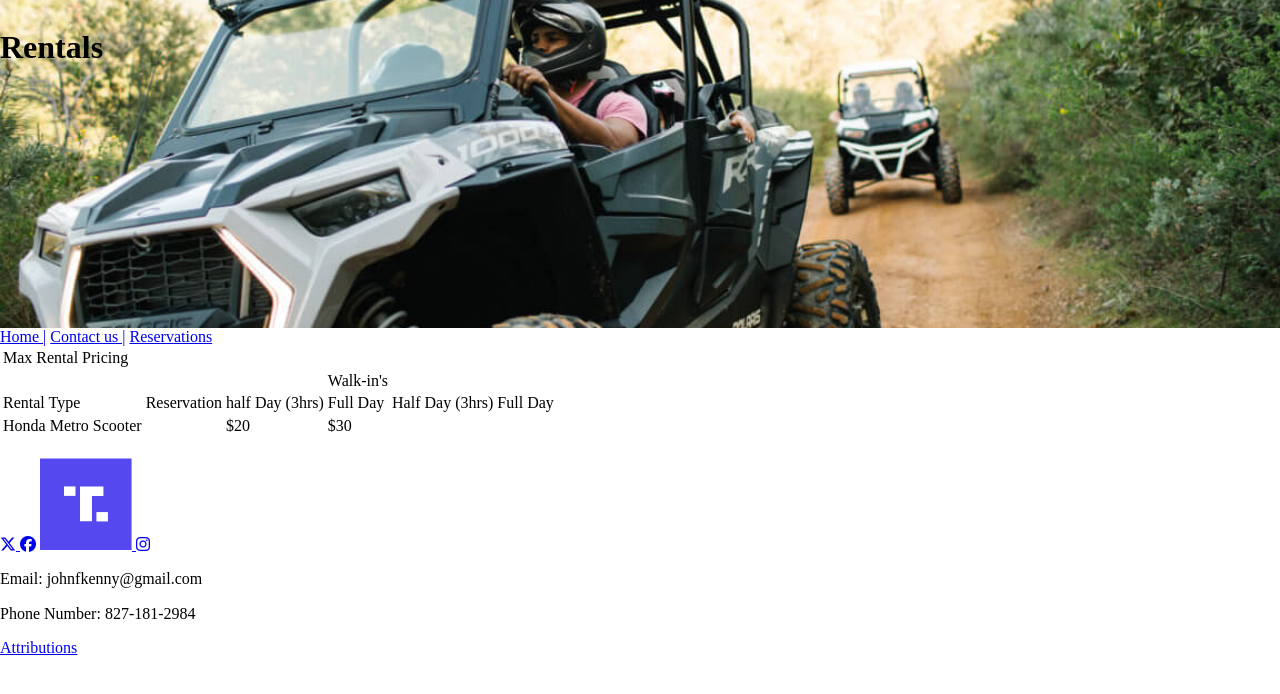
Repository: nak97/WDD230
Page: scoots/rentals-page/rentals-page.html
These files come from the project's save history. The page is drawn as it stood at one moment and after the next save; the edit follows.
The browser window is 1280 px wide. The pictures show the whole page.
Some web libraries are served in a nearby version.

Above is the page before, as saved 2023-12-11 13:20:18.

### scoots/rentals-page/rentals-page.html
<!DOCTYPE html>
<html lang="en">
<head>
  <meta charset="UTF-8">
  <meta name="viewport" content="width=device-width, initial-scale=1.0">
  <title>Nick Keen - WDD 230 - Web Frontend Development</title>
  <meta name="description" content="WDD 230 - Nicholas Keen  - Web Frontend Final Project">
  <meta name="author" content="Nicholas Keen">
  <meta property="og:title" content="facebook"/>
  <meta property="og:type" content="website" />
  <meta property="og:url" content="facebook.com" />
  <meta property="og:image" content="images/facebook-meta-tag-pic.png" />
  <link rel="stylesheet" href="styles/base.css">
  <link rel="stylesheet" href="styles/media.css">
  <link rel="stylesheet" href="styles/normalize.css">
</head>
<body>

  <header>
<h1>Rentals</h1>
  </header>

  <nav>
<a href="../home-page/home.html">Home |</a>
<a href="../contact/contact.html">Contact us |</a>
<a href="../reservations/reservations.html">Reservations</a>
  </nav>

  <main>
    <table>
      <tbody>
        <tr> <td>  Max Rental Pricing</td></tr>
        <tr>
          <td></td>
          <td rowspan="3"> Reservation</td>
          <td></td>
          <td>Walk-in's</td>
      </tr>

        <tr>
          <td>Rental Type</td>
          <td>half Day (3hrs)</td>
          <td>Full Day</td>
          <td>Half Day (3hrs)</td>
          <td>Full Day</td>
      </tr>
        <tr>
        <td>Honda Metro Scooter</td>
        <td><span id="price-half-metro"></span></td>
        <td><span id="price-f-metro"></span></td>
        <td></td>
        <td></td>
        <td></td>
      </tr>
        <tr>
          <td></td>
          <td></td>
          <td></td>
          <td></td>
          <td></td>
          <td></td>
        </tr>
        <tr>
          <td></td>
          <td></td>
          <td></td>
          <td></td>
          <td></td>
          <td></td>
        </tr>
        <tr>
          <td></td>
          <td></td>
          <td></td>
          <td></td>
          <td></td>
          <td></td>
        </tr>
        <tr>
          <td></td>
          <td></td>
          <td></td>
          <td></td>
          <td></td>
          <td></td>
        </tr>
        <tr>
        <td></td>
        <td></td>
        <td></td>
        <td></td>
        <td></td>
        <td></td>
        </tr>






      </tbody>





    </table>






















  </main>





<footer>

  <a href="https://twitter.com/" target="_blank" > <i class="fa-brands fa-x-twitter"></i> </a>
  <a href="https://www.facebook.com" target="_blank"><i class="fa-brands fa-facebook"></i></a>
  <a href="https://truthsocial.com/" target="_blank"> <img class="truth-social-icon" src="images/truth-social.svg" alt="truth social"> </a>
  <a href="https://www.instagram.com/" target="_blank"><i class="fa-brands fa-instagram"></i></a>

<section class="info">
<p>Email: johnfkenny@gmail.com</p>
<p>Phone Number: 827-181-2984</p>
<a href="attributions.html" target="_blank">Attributions</a>
</section>


</footer>



<script src="./scripts/pricing.js"></script>
<script src="https://kit.fontawesome.com/615002bc5f.js" crossorigin="anonymous"></script>
</body>


</html>

### scoots/rentals-page/styles/base.css
header {
  background-image: url(../images/OHV-SEO-1152x768.jpg);
  background-repeat: no-repeat;
  height: 20rem;
  background-position: 10% 67%;
  background-size: cover;
  margin-top: 0 ;
  padding-top: 0.5rem;
}

### scoots/rentals-page/scripts/pricing.js
const url = './data/pricing.json'
async function getPrice() {
 const response = await fetch(url);
 const data = await response.json();
//  console.log(data)
 document.getElementById('price-half-metro').innerText = data.reservation[0].hd;
 document.getElementById('price-f-metro').innerText = data.reservation[0].fd ;





}
getPrice();

### scoots/rentals-page/data/pricing.json
{
  "reservation":[
      {
        "type": "Honda Metro Scooter ",
        "hd": "$20",
        "fd": "$30"
      },

      {
        "type": " Honda Dio Scooter",
        "hd": "$30 ",
        "fd": "$40 "
      },

      {
        "type": " Honda CX150 Scooter",
        "hd": "$40 ",
        "fd": "$50 "
      },


      {
        "type": " Honda Pioneer",
        "hd": "$50 ",
        "fd": "$70 "
      },

      {
        "type": " Jeep Wrangler - 4 door with a/c",
        "hd": "$70 ",
        "fd": "$100 "
      },

      {
        "type": " Jeep Wrangler - 2 door ",
        "hd": "$60 ",
        "fd": "$85 "
      }
  ],

  "walk ins":[
{
  "type": "Honda Metro Scooter ",
  "hd": "$25",
  "fd": "$35"
},

{
  "type": " Honda Dio Scooter",
  "hd": "$35 ",
  "fd": "$45 "
},

{
  "type": " Honda CX150 Scooter",
  "hd": "$45 ",
  "fd": "$55 "
},

{
  "type": " Honda Pioneer",
  "hd": "$60 ",
  "fd": "$80 "
},

{
  "type": " Jeep Wrangler - 4 door with a/c",
  "hd": "$85 ",
  "fd": "$125 "
},

{
  "type": " Jeep Wrangler - 2 door ",
  "hd": "$70 ",
  "fd": "$90 "
}

  ]
}

Loaded but not shown: scoots/rentals-page/styles/normalize.css (library); scoots/rentals-page/styles/media.css (no stored copy; drawn as an empty file)

After the next save:
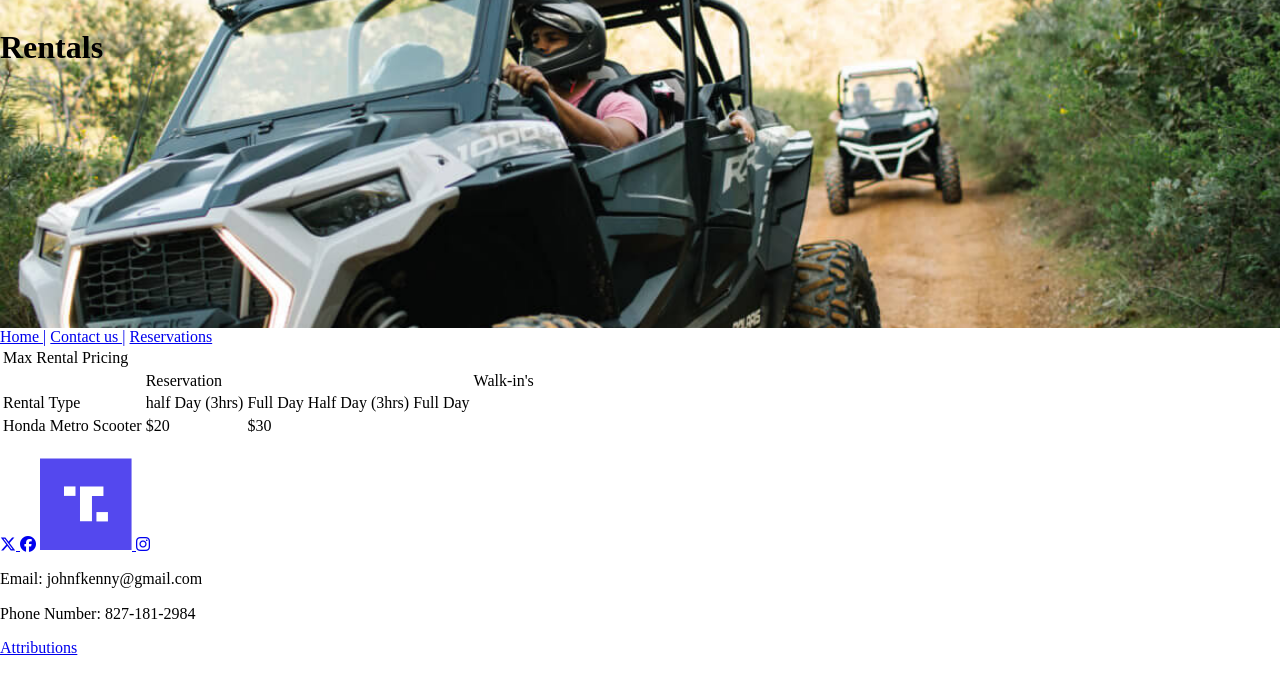
Saved 9 s later.
--- a/scoots/rentals-page/rentals-page.html
+++ b/scoots/rentals-page/rentals-page.html
@@ -32,7 +32,7 @@
         <tr> <td>  Max Rental Pricing</td></tr>
         <tr>
           <td></td>
-          <td rowspan="3"> Reservation</td>
+          <td colspan="3"> Reservation</td>
           <td></td>
           <td>Walk-in's</td>
       </tr>
